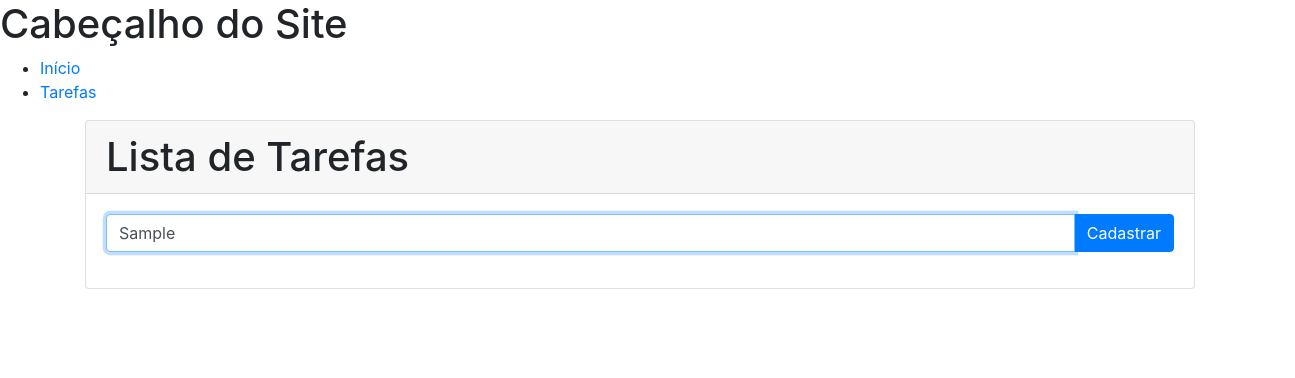
Repository: rrresck/pos_graduacao
Page: html/pagina2.html
An editor plug-in stored every save of this project. The page is shown before and after the next save, followed by the edit.
The browser window is 1280 px wide. The page is 1295 px wide, so the pictures cover 1295 px, including what lies to the right of the window. The pictures show the whole page.
Empty fields were first filled with sample values (such as "Sample", 5 or name@example.com).
After loading, the first visible `#botao` was clicked once.

Above is the page before, as saved 2023-05-04 14:06:05.
Console error: ReferenceError: renderizarTarefas is not defined

### html/pagina2.html
<!DOCTYPE html>
<html lang="en">
<head>
    <meta charset="UTF-8">
    <meta http-equiv="X-UA-Compatible" content="IE=edge">
    <meta name="viewport" content="width=device-width, initial-scale=1.0, shrink-to-fit=no">
    <meta name="author" content="Rafael Rodrigues Resck">
    <meta name="description" content="Template inicial HTML puro.">
    <link rel="stylesheet" href="https://cdn.jsdelivr.net/npm/bootstrap@4.6.2/dist/css/bootstrap.min.css" integrity="sha384-xOolHFLEh07PJGoPkLv1IbcEPTNtaed2xpHsD9ESMhqIYd0nLMwNLD69Npy4HI+N" crossorigin="anonymous">
    <title>Página 2</title>
</head>
<body>
    <header class="cabecalho">
        <h1>Cabeçalho do Site</h1>
    </header>
    <nav class="menu">
        <ul>
            <li><a href="../index.html">Início</a></li>
            <li><a href="pagina2.html">Tarefas</a></li>
        </ul>
    </nav>

    <div class="row">
        <div class="container">
            <div class="card">
                <h1 class="card-header">Lista de Tarefas</h1>
                <div class="card-body">
                    <div class="input-group mb-3">
                        <input type="text" class="form-control" placeholder="Digite a tarefa" name="tarefa" autofocus>
                        <div class="input-group-append">
                            <button class="btn btn-primary" type="button" id="botao">Cadastrar</button>
                        </div>
                    </div>
                    <ul id="lista" class="list-group">
                    </ul>
                </div>
            </div>
        </div>
        <script src="../js/script.js"></script>
    </div>
    <footer></footer>
</body>
</html>

### js/script.js
let input = document.querySelector('input[name=tarefa]');
let btn = document.querySelector('#botao');
let lista = document.querySelector('#lista');
let card = document.querySelector('.card');
let tarefas = JSON.parse(localStorage.getItem('tarefas')) || [];

btn.onclick = function() {
    let novaTarefa = input.value;

    if(novaTarefa !== ""){
        tarefas.push(novaTarefa);
        renderizarTarefas();
        input.value = '';
        removerSpans();
        salvarDadosNoStorage();
    }else{
        removerSpans();
        let span = document.createElement('span');
        span.setAttribute('class', 'alert alert-warning');
        let msg = document.createTextNode('Você precisa digitar a tarefa que deseja registrar!');
        span.appendChild(msg);
        card.appendChild(span);
    }
}

After the next save:
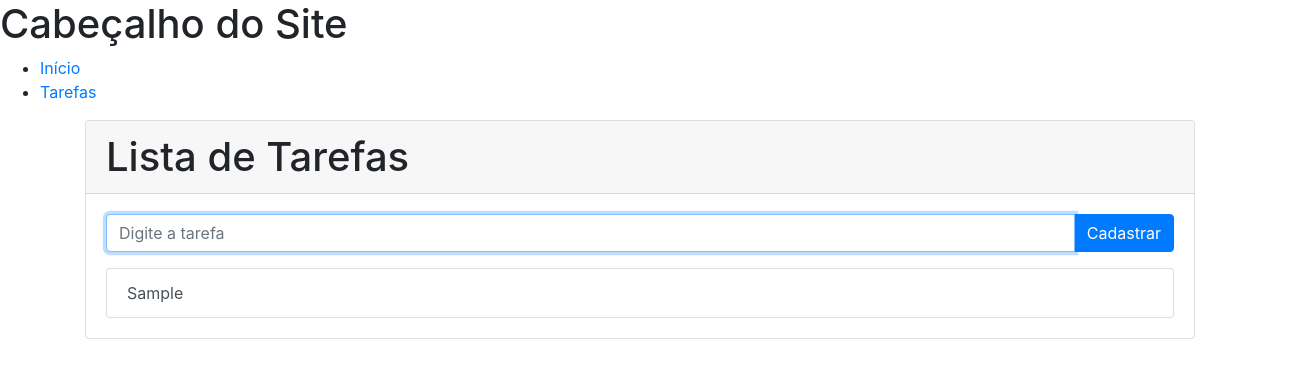
Console error: ReferenceError: removerSpans is not defined
Saved 4 min 30 s later.
--- a/js/script.js
+++ b/js/script.js
@@ -3,6 +3,24 @@ let btn = document.querySelector('#botao');
 let lista = document.querySelector('#lista');
 let card = document.querySelector('.card');
 let tarefas = JSON.parse(localStorage.getItem('tarefas')) || [];
+
+function renderizarTarefas() {
+    lista.innerHTML = '';
+
+    for (tarefa of tarefas){
+        let itemLista = document.createElement('li');
+        itemLista.setAttribute('class', 'list-group-item list-group-item-action');
+        itemLista.onclick = function(){
+            deletarTarefa(this)
+        }
+
+        let itemTexto = document.createTextNode(tarefa);
+        itemLista.appendChild(itemTexto);
+        lista.appendChild(itemLista);
+    }
+}
+
+renderizarTarefas();
 
 btn.onclick = function() {
     let novaTarefa = input.value;
